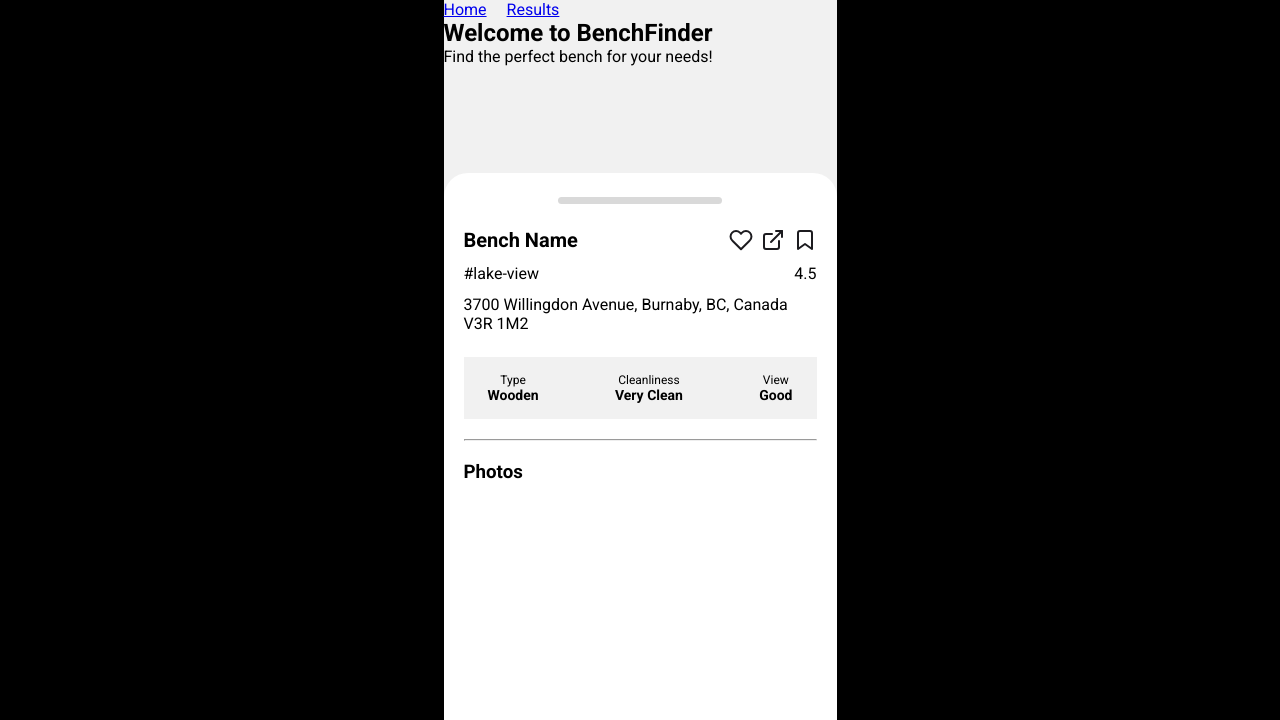
Repository: HidayatPatil/BenchFinder
Page: /
The author's editor kept a copy of each file at every save. The page is drawn from the files as they stood at one save, then again after the next save.
The browser window is 1280 px wide. The pictures show the whole page.
The project was rebuilt for these pictures with package versions that can differ from the ones it lists, and the page was loaded fresh each time. Also part of the build but not shown: vite.config.js, src/Results.jsx.

Above is the page before, as saved 2025-10-09 21:37:12.

After the next save:
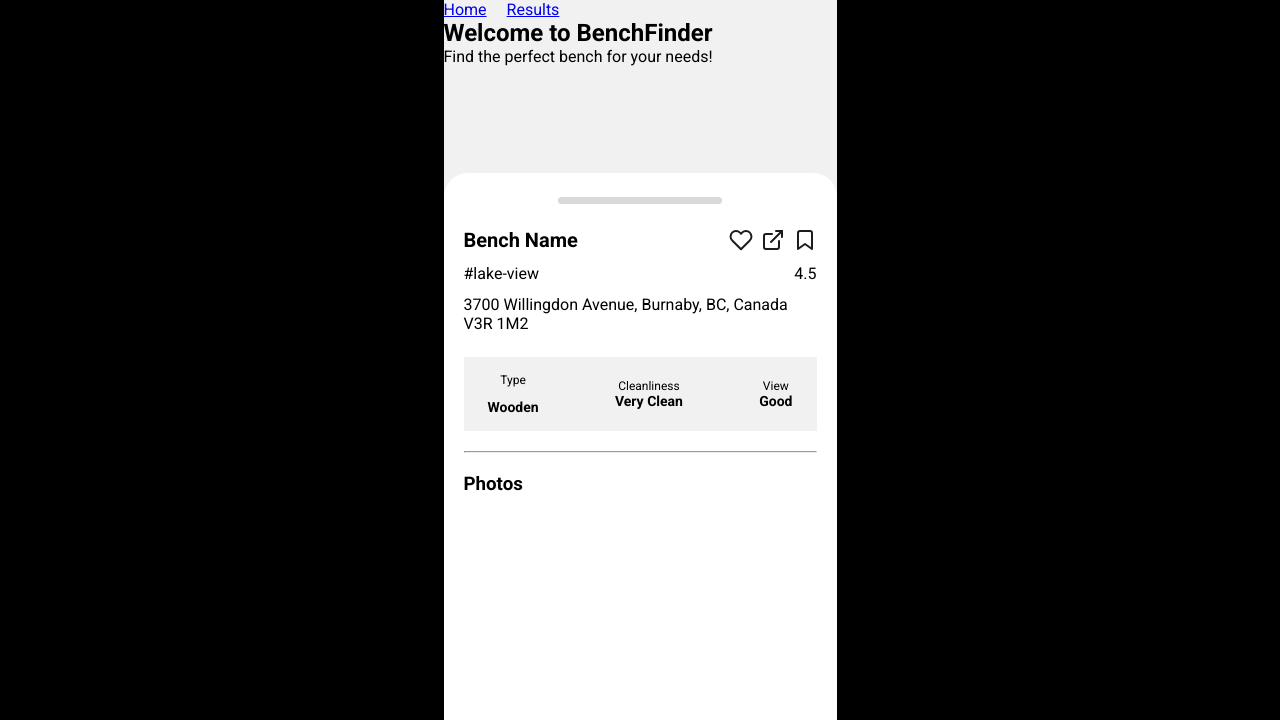
Saved 7 s later.
--- a/src/components/contentDrawer.jsx
+++ b/src/components/contentDrawer.jsx
@@ -29,7 +29,7 @@ export default function ContentDrawer() {
             </p>
           </div>
           <div className="data_bench_overview">
-            <div className="bench_type">
+            <div className="bench_overview_container">
               <h4 className="overview_title">Type</h4>
               <p className="overview_content">Wooden</p>
             </div>
